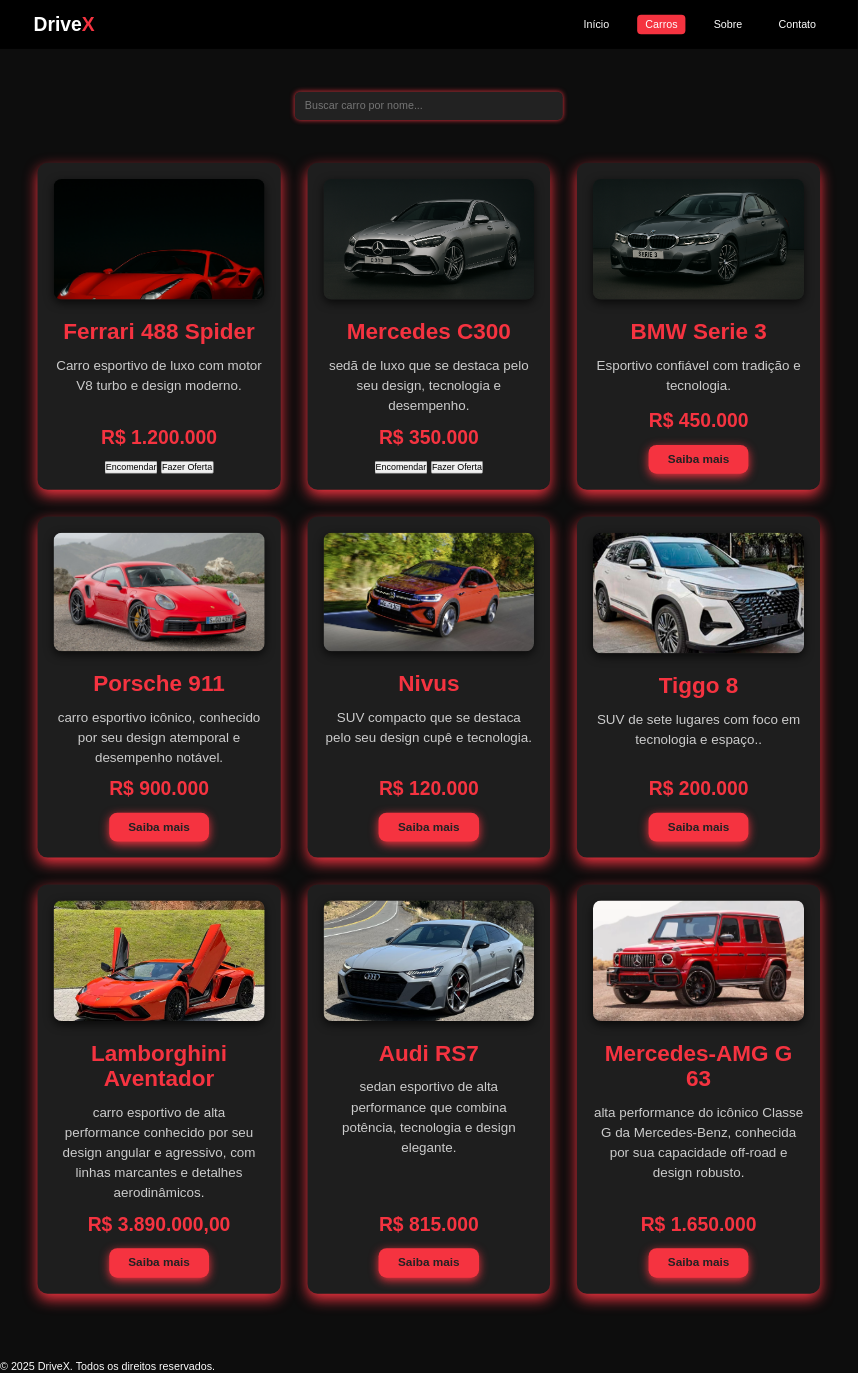
Repository: Mateushlp/DriveX
Page: carros.html
These files come from the project's save history. The page is drawn as it stood at one moment and after the next save; the edit follows.
The browser window is 1280 px wide. The pictures show the whole page, at 67% of full size.

Above is the page before, as saved 2025-06-24 22:14:42.

After the next save:
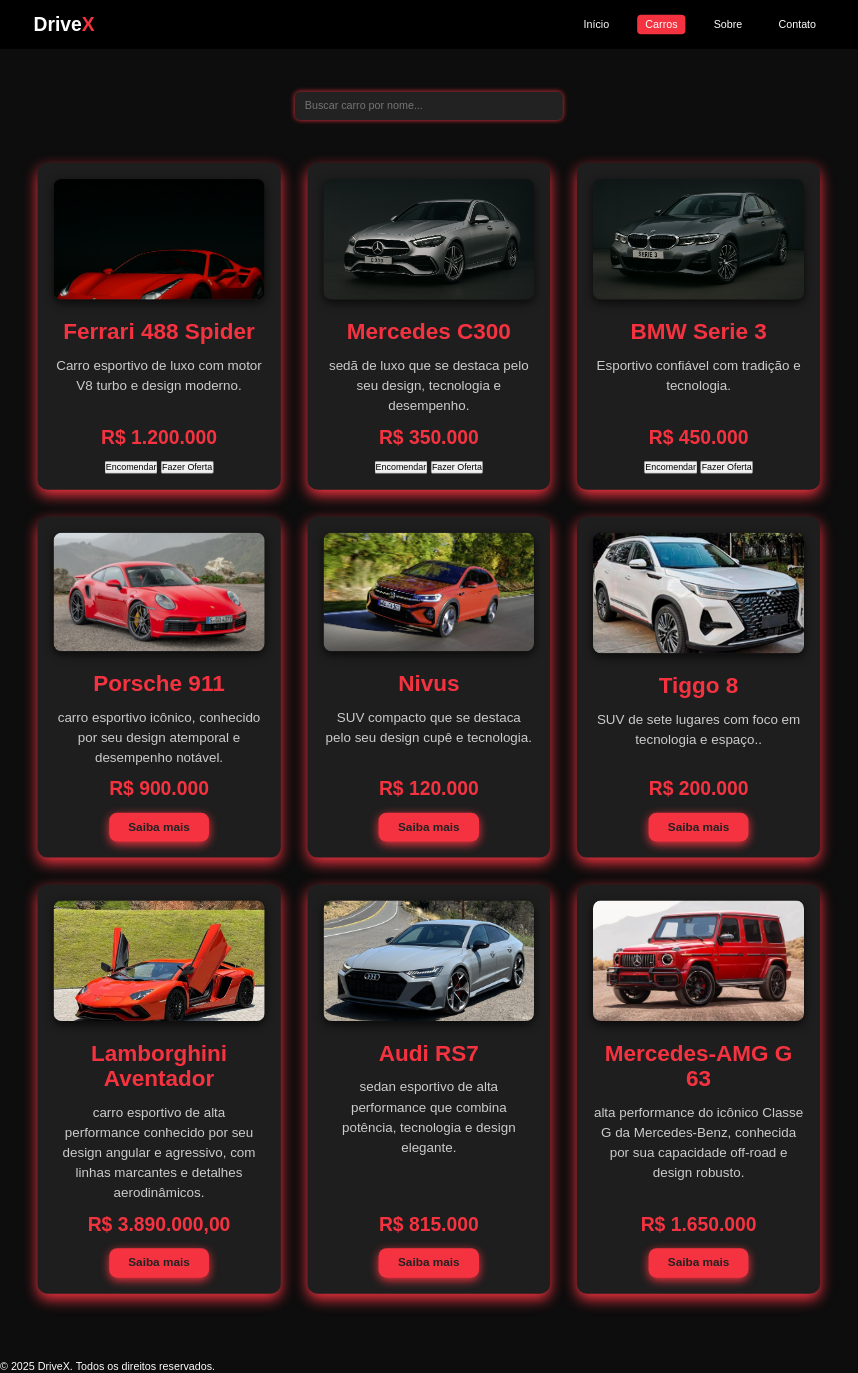
Saved 7 s later.
--- a/carros.html
+++ b/carros.html
@@ -52,7 +52,11 @@
         <h3>BMW Serie 3</h3>
         <p>Esportivo confiável com tradição e tecnologia.</p>
         <strong>R$ 450.000</strong>
-        <button class="btn-detalhes" data-modelo="BMW Serie 3">Saiba mais</button>
+       <div class="botoes-card">
+  <button class="btn-encomenda" data-modelo="NOME_DO_CARRO">Encomendar</button>
+  <button class="btn-oferta" data-modelo="NOME_DO_CARRO">Fazer Oferta</button>
+</div>
+
       </div>
            <div class="card-carro">
         <img src="./img/Porsche-911.jpg" alt="911" />
